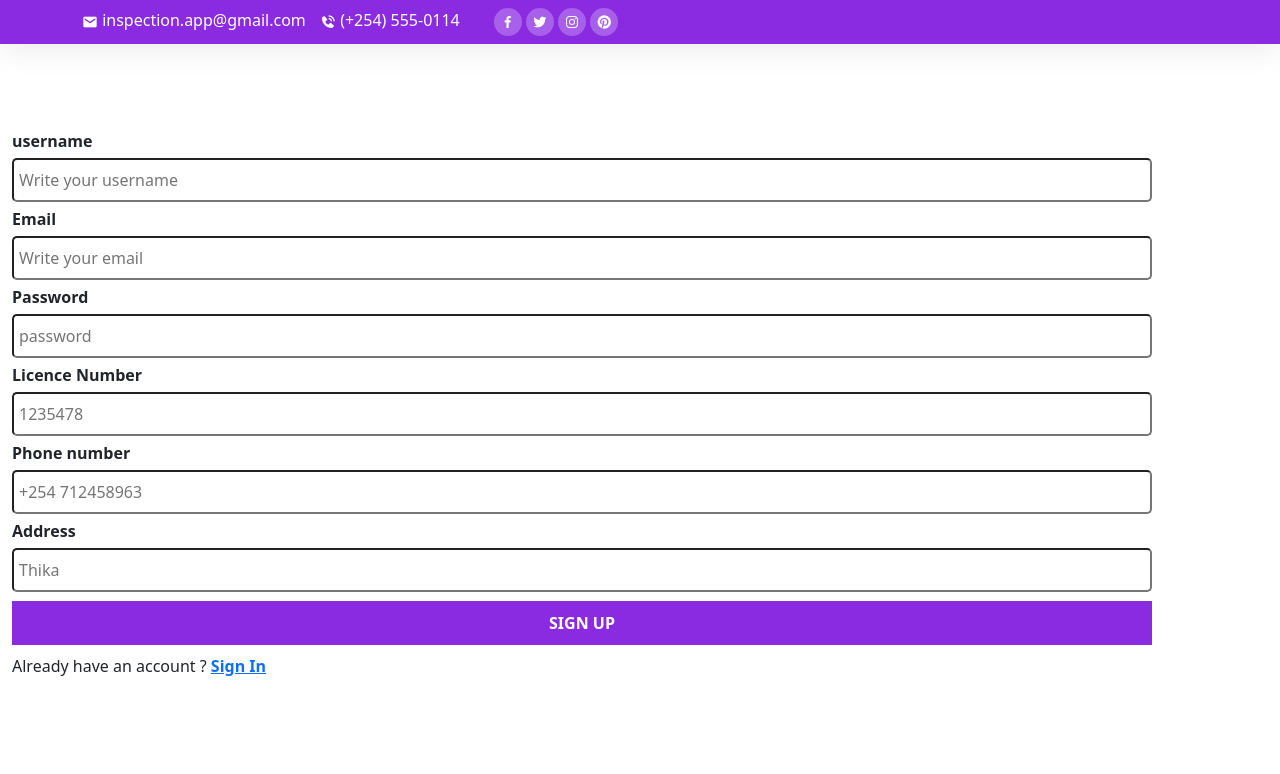
Repository: NDISHAW/Inspectionapp-rails
Page: public/signup.html
These files come from the project's save history. The page is drawn as it stood at one moment and after the next save; the edit follows.
The browser window is 1280 px wide. The pictures show the whole page.

Above is the page before, as saved 2022-10-09 04:21:55.

### public/signup.html
<!DOCTYPE html>
<html lang="en">
  <head>
    <meta charset="UTF-8" />
    <meta http-equiv="X-UA-Compatible" content="IE=edge" />
    <meta name="viewport" content="width=device-width, initial-scale=1.0" />
    <title>Sign up</title>
    <link rel="stylesheet" href="css/style.css">
    <link rel="stylesheet" href="css/bootstrap.min.css">
    <link rel="stylesheet" href="css/owl.carousel.min.css">
    <link rel="stylesheet" href="css/owl.theme.default.min.css">
    <link href='https://unpkg.com/boxicons@2.1.1/css/boxicons.min.css' rel='stylesheet'>

    <script src="/js/axios/dist/axios.min.js"></script>
  </head>
  <body data-bs-spy="scroll" data-bs-target=".navbar" data-bs-offset="70">


      <!-- TOP NAV -->
      <div class="top-nav navbar" id="home">
          <div class="container">
              <div class="row justify-content-between">
                  <div class="col-auto">
                      <p> <i class='bx bxs-envelope'></i> inspection.app@gmail.com</p>
                      <p> <i class='bx bxs-phone-call'></i> (+254) 555-0114</p>
                  </div>
                  <div class="col-auto social-icons">
                      <a href="#"><i class='bx bxl-facebook'></i></a>
                      <a href="#"><i class='bx bxl-twitter'></i></a>
                      <a href="#"><i class='bx bxl-instagram'></i></a>
                      <a href="#"><i class='bx bxl-pinterest'></i></a>
                  </div>
              </div>
          </div>
      </div>
    <section id="about">
      <div class="container-fluid">
    <div class="col-auto justify-content-center modal-xl">
      <div class="justify-content-center flex">
      <!-- username  -->
      <div class="username">
        <label for="username">username</label>
        <input
          type="username"
          name="username"
          id="username"
          placeholder="Write your username"
        />
      </div>
      <!-- Email  -->
      <div class="email">
        <label for="email">Email</label>
        <input
          type="email"
          name="email"
          id="email"
          placeholder="Write your email"
        />
      </div>
      <!-- passWord -->
      <div class="pass">
        <label for="password">Password</label>
        <input
          type="password"
          name="password"
          id="password"
          placeholder="password"
        />
      </div>
      <!-- licence_no -->
      <div class="pass">
        <label for="licence_no">Licence Number</label>
        <input
          name="licence_no"
          id="licence_no"
          placeholder="1235478"
        />
      </div>

      <!-- phone -->
      <div class="pass">
        <label for="phone">Phone number</label>
        <input
          name="phone"
          id="phone"
          placeholder="+254 712458963"
        />
      </div>

      <!-- address -->
      <div class="pass">
        <label for="address">Address</label>
        <input
          type="address"
          name="address"
          id="address"
          placeholder="Thika"
        />
      </div>
      <!-- Rails button -->
      <!-- <button id="submit-btn" onclick="rails()">Rails test</button> -->
      <!-- Sign Up button -->
      <button id="submit-btn" onclick="signUp();">Sign Up</button>
      <!-- Sign In option -->
      <p>Already have an account ?</p>
      <span><a href="signIn.html">Sign In</a></span>
    </div>
    </div>
    </div>
    </section>
  </div>
    <script src="main.js"></script>
  </body>
</html>

### public/css/style.css
@import url('https://fonts.googleapis.com/css2?family=Barlow:wght@400;500;600;700&display=swap');

:root {
    --brand: blueviolet;
    --dark: #092032;
    --body: #516171;
    --border: rgba(0,0,0,0.08);
    --shadow: 0px 6px 30px rgba(0, 0, 0, 0.08);

}

body {
    font-family: "Barlow", sans-serif;
    color: var(--body);
    line-height: 1.7;
}

h1,h2,h3,h4,h5,h6,
.display-1,.display-2,.display-3,.display-4 {
    font-weight: 700;
    color: var(--dark);
}

.bg-cover {
    background-size: cover;
    background-position: center;
    background-repeat: no-repeat;
}

img {
    width: 100%;
}

a {
    color: var(--dark);
    transition: all 0.4s ease;
    font-weight: 500;
}

a:hover {
    color: var(--brand);
}

section {
    padding-top: 80px;
    padding-bottom: 80px;
}

.text-brand {
    color: var(--brand) !important;
}


.hero-slider .owl-prev,
.hero-slider .owl-next{
    background-color: rgba(255, 255, 255, 0.3) !important;
    width: 60px !important;
    height: 60px !important;
    display: block;
    display: grid;
    place-items: center;
    color: #fff !important;
    border-radius: 100px;
    line-height: 0;
    border-radius: 100px !important;
    position: absolute;
    top: 50%;
    font-weight: 600 !important;
    font-size: 12px !important;
    transition: all 0.4s ease;
    margin-top: -30px !important;
}

.owl-prev {
    left: 0;
}
.owl-next {
    right: 0;
}

.hero-slider .owl-prev:hover,
.hero-slider .owl-next:hover {
    background-color: var(--brand) !important;
}

.owl-dot.active span{
    background-color: var(--brand) !important;
}


 /* slide */
 .slide {
     min-height: 100vh;
     display: flex;
     align-items: center;
     justify-content: center;
     position: relative;
}

.slide1 {
    background: linear-gradient(rgba(0, 0, 0, 0.4), rgba(0, 0, 0, 0.4)), url(../img/mec2.jpg);
    background-size: cover;
    background-position: center;
    background-repeat: no-repeat;
}

.slide2 {
    background: linear-gradient(rgba(0, 0, 0, 0.4), rgba(0, 0, 0, 0.4)), url(../img/world3.jpg);
    background-size: cover;
    background-position: center;
    background-repeat: no-repeat;
}

.slide .display-3 {
    text-transform: uppercase;
    color: #fff;
}

/* navbar */
.top-nav {
    background-color: var(--brand);
    color: #fff;
    padding-top: 5px;
    padding-bottom: 5px;
}

.top-nav p {
    display: inline-block;
    margin-bottom: 0;
    margin-right: 10px;
}

.top-nav span,
.top-nav i {
    vertical-align: middle;
}

.navbar {
    box-shadow: var(--shadow);
}

.social-icons a {
    width: 28px;
    height: 28px;
    display: inline-flex;
    color: #fff;
    background-color: rgba(255, 255, 255, 0.25);
    text-decoration: none;
    align-items: center;
    justify-content: center;
    border-radius: 100px;
}

.social-icons a:hover {
    background-color: #fff;
    color: var(--brand);
}

.navbar .navbar-nav .nav-link {
    color: var(--dark);
}

.navbar .navbar-nav .nav-link:hover {
    color: var(--brand);
}

.navbar .navbar-nav .nav-link.active {
    color: var(--brand);
}

.navbar-brand {
    font-size: 28px;
    font-weight: 700;
}

.navbar-brand .dot {
    color: var(--brand);
}

.btn {
    padding: 8px 26px;
}

.btn-brand {
    border-color: var(--brand);
    background-color: var(--brand);
    color: #fff;
}

.btn-brand:hover {
    background-color: #d64022;
    border-color: #d64022;
    color: #fff;
}

.intro {margin-bottom: 36px;
text-align: center;}

.intro p {
    max-width: 500px;
}
.intro h6{
    color: var(--brand);
    font-weight: 400;
    text-transform: uppercase;
}

.intro h1 {
    margin-top: 15px;
    margin-bottom: 15px;
}

.info-box {
    align-items: center;
    display: flex;
}

.info-box img {
    width: 90px;
}


#milestone {
    background: linear-gradient(rgba(136, 42, 143, 0.85), rgba(48, 181, 123, 0.85)), url(../img/inspe.jpg);
    background-size: cover;
    background-position: center;
    background-repeat: no-repeat;
}

#milestone h1,
#milestone p {
    color: #fff;
}

.service {
    padding: 32px;
    background-color: #fff;
    box-shadow: var(--shadow);
}

.service h5 {
    margin-top: 24px;
    margin-bottom: 14px;
}

.service img {
    width: 90px;
}


.project {
    position: relative;
    overflow: hidden;
    z-index: 2;
}

.project h6 {
    font-weight: 400;
}

.project h6::before {
    content: "";
    height: 2px;
    width: 30px;
    display: inline-block;
    background: var(--brand);
    vertical-align: middle;
    margin-right: 10px;
}


.project .overlay {
    width: 100%;
    height: 220px;
    position: absolute;
    bottom: 0;
    left: 0;
    background: linear-gradient(180deg, rgba(255, 76, 41, 0) 0%, var(--dark) 100%);
}

.project .content {
    position: absolute;
    left: 10%;
    bottom: 10%
}

.project h2,
.project h6 {
    color: #fff;
}

.team-member {
    text-align: center;
}

.team-member .image{
    position: relative;
    z-index: 2;
    overflow: hidden;
}

.team-member .overlay {
    width: 100%;
    height: 100%;
    position: absolute;
    left: 0;
    top: -10%;
    background-color: rgba(255, 77, 41, 0.7);
    opacity: 0;
    transition: all 0.4s ease;
}

.team-member h5 {
    margin-top: 16px;
    margin-bottom: 4px;
}

.team-member .social-icons {
    position: absolute;
    top: 60%;
    left: 50%;
    transform: translate(-50%, -50%);
    z-index: 2;
    opacity: 0;
    transition: all 0.4s ease;
}

.team-member .social-icons a {
    width: 40px;
    height: 40px;
}

.team-member:hover .social-icons {
    top: 50%;
    opacity: 1;
}

.team-member:hover .overlay {
    top: 0%;
    opacity: 1;
}

#reviews {

    background: linear-gradient(-90deg, rgba(8, 32, 50, 0.8), rgba(8, 32, 50, 0.8)), url(../img/imago.jpg), #082032;;
    background-size: cover;
    background-position: center;
    background-repeat: no-repeat;
}

.review {
    text-align: center;
    z-index: 2;
    position: relative;
    margin: 15px;
    max-width: 768px;
    margin: auto;
}

.review .bxs-quote-alt-left {
    font-size: 120px;
    position: absolute;
    opacity: 0.1;
    left: 50%;
    top: 50%;
    transform: translate(-50%, -50%);
    color: #fff;
}

.review img {
    width: 80px !important;
    height: 80px;
    border-radius: 100px;
    margin: auto;
}

.review h5 {
    margin-top: 16px;
    margin-bottom: 4px;
    color: #fff;
}

.review h3 {
    margin-top: 26px;
    margin-bottom: 26px;
    font-size: 22px;
    color: #fff;
    font-weight: 400;
    line-height: 1.7;
}

.review small {
    color: var(--brand);
}

.review .stars {
    color: var(--brand);
}

.blog-post {
    position: relative;
    background-color: #fff;
    box-shadow: var(--shadow);
}

.blog-post .content {
    padding: 32px;
}

.blog-post a {
    position: absolute;
    top: 20px;
    left: 20px;
    background-color: var(--brand);
    padding: 2px 12px;
    border-radius: 100px;
    text-decoration: none;
    color: #fff;
}

.blog-post h5 {
    margin-top: 12px;
    margin-bottom: 12px;
}

.blog-post small {
    text-transform: uppercase;
    color: var(--brand);
    text-decoration: underline;
}

footer {
    background: linear-gradient(0deg, rgba(8, 32, 50, 0.9), rgba(8, 32, 50, 0.9)), url(../img/teammech.jpg), #082032;;
    background-size: cover;
    background-position: center;
    background-repeat: no-repeat;
}

footer .footer-top {
    padding-top: 80px;
    padding-bottom: 40px;
}

.footer-bottom {
    border-top: 1px solid rgba(255, 255, 255, 0.1);
    padding-bottom: 20px;
    padding-top: 20px;
}

footer .navbar-brand {
    color: #fff;
}

footer p {
    color: #ADB3B9;
}

footer .social-icons a {
    width: 50px;
    height: 50px;
    font-size: 20px;
    margin-left: 4px;
    margin-right: 4px;
}

.loader {
    min-height: 100vh;
    display: flex;
    align-items: center;
    justify-content: center;
    background-color: red;
    z-index: 99999;
    position: fixed;
    left: 0;
    right: 0;
}


input.form-control {
    border-color: transparent;
    height: 44px;
}

.form-control {
    background-color: rgba(0, 0, 0, 0.04);
    border-color: rgba(0, 0, 0, 0.04);;
}

.form-control:focus {
    box-shadow: none;
    border-color: var(--brand);
}
.form {
    width: 400px;
    border-radius: 5px;
    background-color: white;
    height:fit-content;
    padding: 5px 10px;
    background-color: #9633FF;
}
label {
    display: block;
    font-weight: bolder;
    margin: 5px 0px;
}

input {
    width: 100%;
    padding: 8px 5px;
    border-radius: 5px;
    margin-bottom: 10px;
}

#submit-btn {
    border: none;
    background-color: blueviolet;
    width: 100%;
    padding: 10px 8px;
    color: white;
    font-weight: bolder;
    text-transform: uppercase;
    cursor: pointer;
    margin: 9px 0px;
}

p {
    font-size: 16px;
    border-radius: 10px;
    cursor: pointer;
    display: inline-block;
}

a {
    text-decoration: none;
    font-weight: bolder;
}


/*@import url(https://fonts.googleapis.com/css?family=Roboto:400,300,500);*/
*:focus {
    outline: none;

}

### public/main.js
// // setting up firebase with our website
// const firebaseApp = firebase.initializeApp({
//         apiKey: "AIzaSyDF9DKF44fhzBzk5fZB5Mk4_21q4Ey2kxQ",
//         authDomain: "inspection-e4bf7.firebaseapp.com",
//         projectId: "inspection-e4bf7",
//         storageBucket: "inspection-e4bf7.appspot.com",
//         messagingSenderId: "94545597565",
//         appId: "1:94545597565:web:9e1d12415061541a4ecd14",
//         measurementId: "G-P207FELWW2"
//       });
// const db = firebaseApp.firestore();
// const auth = firebaseApp.auth();

// Sign up function
// function signUp(){
//     //DOM manupilation
//     const email = document.getElementById("email").value;
//     const password = document.getElementById("password").value;
//     const phone = document.getElementById("phone").value;
//     const licence_no = document.getElementById("licence_no").value;
//     const address = document.getElementById("address").value;
//     console.log(email, password)
//     // firebase code
//     firebase.auth().createUserWithEmailAndPassword(email, password)
//         .then((result) => {
//             // Signed in
//             document.write("You are Signed Up")
//             window.location = "dashboard.html";
//             console.log(result)
//             // ...
//         })
//         .catch((error) => {
//             console.log(error.code);
//             console.log(error.message)
//             // ..
//         });
// }




// Sign In function
// const username = document.getElementById("username").value;
// const password = document.getElementById("password").value;

function signIn() {
    const username = document.getElementById("username").value;
    const password = document.getElementById("password").value;
    // firebase code
    // firebase.auth().signInWithEmailAndPassword(email, password)
    axios
        .post("http://localhost:3000/api/login", {
            password: password,
            username: username,
            // phone: phone,
            // licence_no: licence_no,
            // address: address,
        })
        .then((result) => {
            // Signed in
            document.write("You are Signed In");
            // window.location = "form.html";
            window.location = "dashboard.html";

            console.log(result);
        })
        .catch((error) => {
            console.log(error.code);
            console.log(error.message);
        });
}

function signUp() {
  const username = document.getElementById("username").value;
  const email = document.getElementById("email").value;
  const password = document.getElementById("password").value;const phone = document.getElementById("phone").value;const licence_no = document.getElementById("licence_no").value;const address = document.getElementById("address").value;
  // firebase code
  // firebase.auth().signInWithEmailAndPassword(email, password)
  axios
    .post("http://localhost:3000/api/signup", {
      username: username,
      password: password,
      phone: phone,
      licence_no: licence_no,
      address: address,
      email: email,
    })
    .then((result) => {
      // Signed in
      document.write("You are Signed Up");
      // window.location = "form.html";
      window.location = "dashboard.html";

      console.log(result);
    })
    .catch((error) => {
      console.log(error.code);
      console.log(error.message);
    });
}

Loaded but not shown: public/css/bootstrap.min.css (library); public/css/owl.carousel.min.css (library); public/css/owl.theme.default.min.css (common file); public/js/axios/dist/axios.min.js (library)

After the next save:
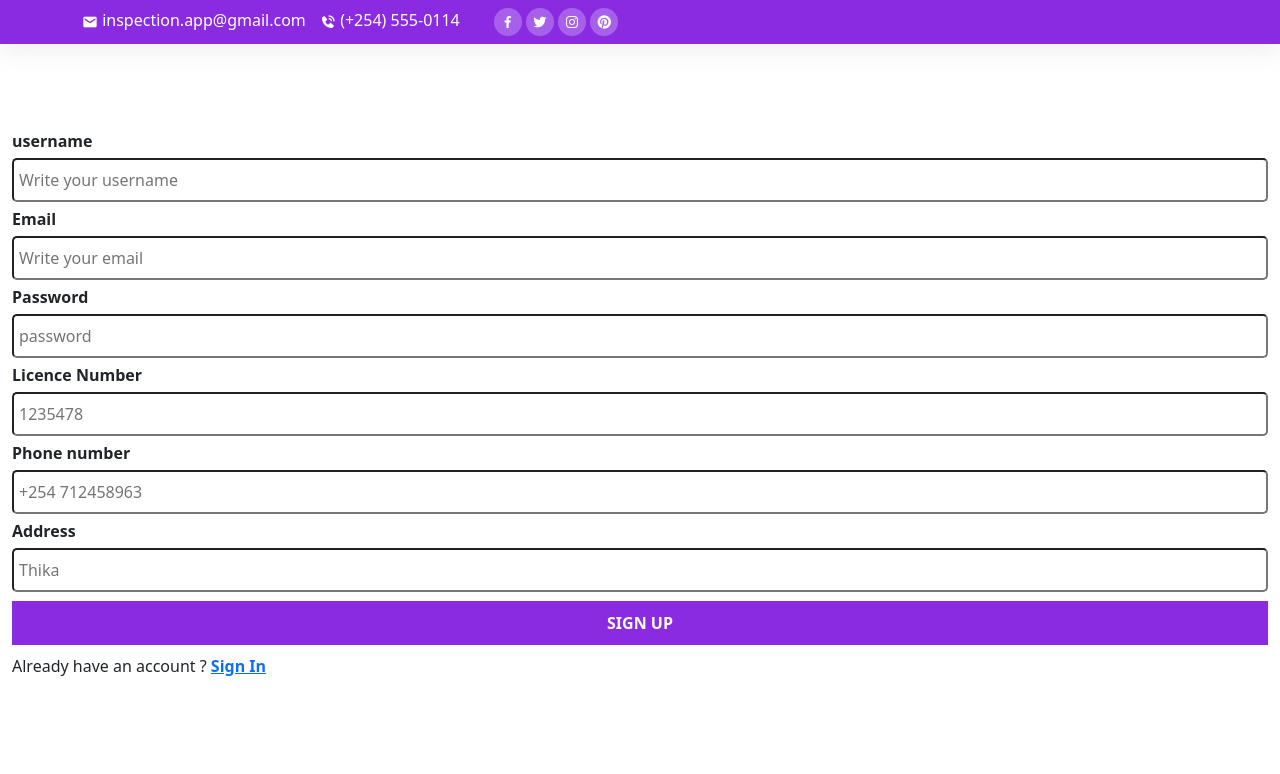
Saved 7 s later.
--- a/public/signup.html
+++ b/public/signup.html
@@ -35,7 +35,7 @@
       </div>
     <section id="about">
       <div class="container-fluid">
-    <div class="col-auto justify-content-center modal-xl">
+    <div class="col-auto justify-content-center ">
       <div class="justify-content-center flex">
       <!-- username  -->
       <div class="username">
